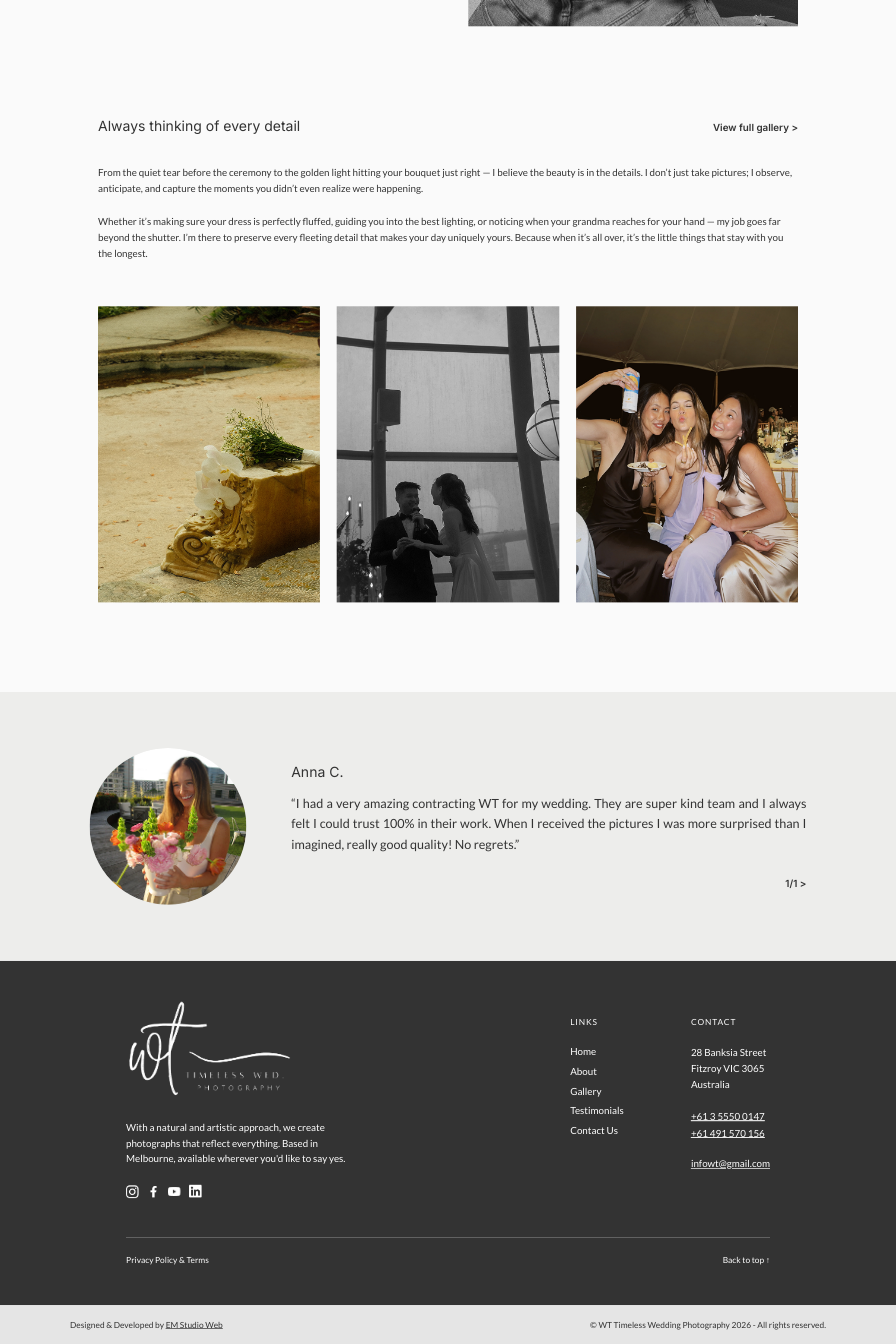
Repository: eduarda-magnago/wt-photography
Page: /
The author's editor kept a copy of each file at every save. The page is drawn from the files as they stood at one save, then again after the next save.
The browser window is 1280 px wide. The pictures show the part of the page from y = 1922 to 3842 px (the page is 3842 px tall), at 70% of full size.
Some web fonts or font styles are not loaded; a fallback is used. The project was rebuilt for these pictures with package versions that can differ from the ones it lists, and the page was loaded fresh each time. The framework's server and built-in components were replaced by stand-ins that run in the browser. Also part of the build but not shown: next.config.ts.

Above is the page before, as saved 2026-10-19 11:29:42.

After the next save:
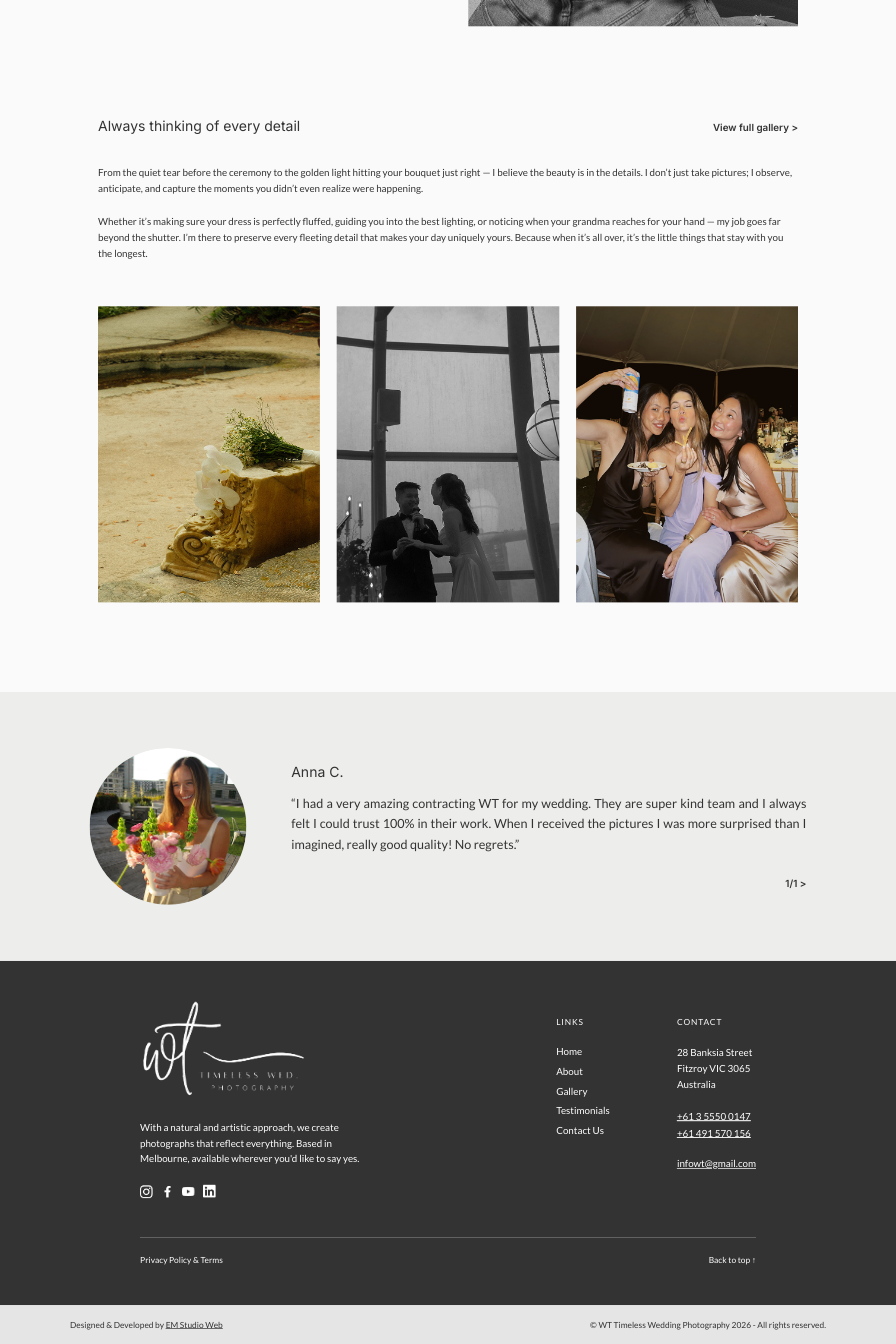
Saved 53 s later.
--- a/components/layout/footer.tsx
+++ b/components/layout/footer.tsx
@@ -14,7 +14,7 @@ const headingClass = "mb-6 text-xs uppercase tracking-widest";
 export default function Footer() {
   return (
     <footer>
-      <div className="bg-ink px-6 py-12 text-sm text-white md:px-45 md:py-14">
+      <div className="bg-ink px-6 py-12 text-sm text-white md:px-50 md:py-14">
         <div className="mx-auto max-w-[1600px]">
           <div className="grid gap-12 md:grid-cols-[1fr_auto_auto] md:gap-24">
             <div>
